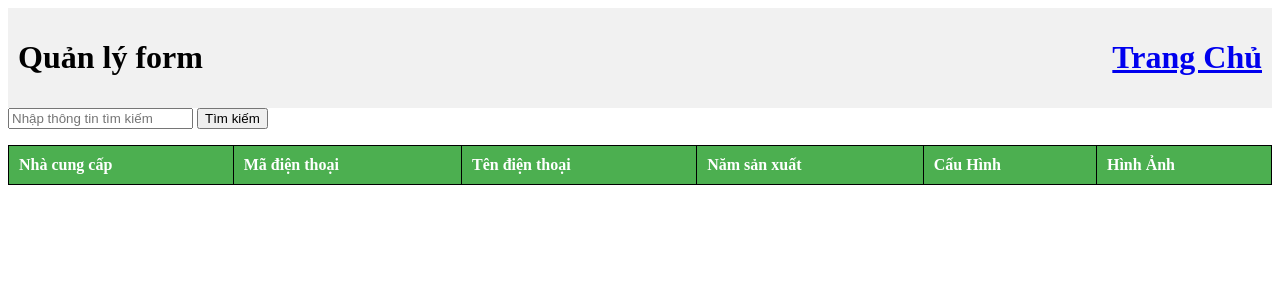
Repository: ducvu2414/WWW_OnGK
Page: http://localhost/Bai1/QuanLyForm
An editor plug-in stored every save of this project. The page is shown before and after the next save, followed by the edit.
The browser window is 1280 px wide. The pictures show the whole page.
The page is served by Tomcat 10. Other server files are loaded and not shown.

Above is the page before, as saved 2024-10-05 07:09:28.

### Bai1/src/main/webapp/QuanLyForm.jsp
<%@ page contentType="text/html;charset=UTF-8" language="java"%>
<%@ taglib uri="http://java.sun.com/jsp/jstl/core" prefix="c"%>
<%@ page import="java.util.List"%>
<%@ page import="entities.NhaCungCap"%>
<%@ page import="entities.DienThoai"%>

<html>
<head>
    <title>Quản Lý Form</title>
    <style type="text/css">
        table {
            border-collapse: collapse;
            width: 100%;
        }

        table, th, td {
            border: 1px solid black;
        }

        th, td {
            padding: 10px;
            text-align: left;
        }

        th {
            background-color: #4CAF50;
            color: white;
        }

        #header {
            background-color: #f1f1f1;
            text-align: center;
            padding: 10px;
            display: flex;
            flex-direction: row;
            justify-content: space-between;
            align-items: center;
        }

        #message {
            color: red;
            font-weight: bold;
        }
    </style>
</head>
<body>
    <div id="header">
       <h1>Quản lý form</h1>
        <h1>
            <a href="${pageContext.request.contextPath}">Trang Chủ</a>
        </h1>
    </div>

    <div>
        <form action="DanhSachDienThoaiNCCServlet" method="GET">
            <input type="hidden" name="action" value="search" />
            <input type="text" name="thongTinTimKiem" placeholder="Nhập thông tin tìm kiếm" />
            <input type="submit" value="Tìm kiếm" />
        </form>
    </div>

    <c:if test="${not empty message}">
        <div id="message">${message}</div>
    </c:if>

    <table border="1">
        <thead>
            <tr>
                <th>Nhà cung cấp</th>
                <th>Mã điện thoại</th>
                <th>Tên điện thoại</th>
                <th>Năm sản xuất</th>
                <th>Cấu Hình</th>
                <th>Hình Ảnh</th>
            </tr>
        </thead>
        <tbody>
            <c:if test="${not empty nhaCungCapDienThoais}">
                <c:forEach var="dt" items="${nhaCungCapDienThoais}">
                    <tr>
                        <td>${dt.nhaCungCap.tenNhaCC}</td>
                        <td>${dt.id}</td>
                        <td>${dt.tenDT}</td>
                        <td>${dt.namSanXuat}</td>
                        <td>${dt.cauHinh}</td>
                        <td><img src="${pageContext.request.contextPath}/resources/images/${dt.hinhAnh}" alt="Hình ảnh điện thoại" width="100" height="100" /></td>
                    </tr>
                </c:forEach>
            </c:if>
        </tbody>
    </table>
</body>
</html>

### Bai1/src/main/java/controller/QuanLyFormServlet.java
package controller;

import jakarta.servlet.ServletException;
import jakarta.servlet.annotation.WebServlet;
import jakarta.servlet.http.HttpServlet;
import jakarta.servlet.http.HttpServletRequest;
import jakarta.servlet.http.HttpServletResponse;
import java.io.IOException;

/**
 * Servlet implementation class QuanLyFormServlet
 */
public class QuanLyFormServlet extends HttpServlet {
	private static final long serialVersionUID = 1L;

    /**
     * @see HttpServlet#HttpServlet()
     */
    public QuanLyFormServlet() {
        super();
        // TODO Auto-generated constructor stub
    }

	/**
	 * @see HttpServlet#doGet(HttpServletRequest request, HttpServletResponse response)
	 */
	protected void doGet(HttpServletRequest request, HttpServletResponse response) throws ServletException, IOException {
		// TODO Auto-generated method stub
		request.getRequestDispatcher("/QuanLyForm.jsp").forward(request, response);
	}

	/**
	 * @see HttpServlet#doPost(HttpServletRequest request, HttpServletResponse response)
	 */
	protected void doPost(HttpServletRequest request, HttpServletResponse response) throws ServletException, IOException {
		// TODO Auto-generated method stub
		doGet(request, response);
	}

}

After the next save:
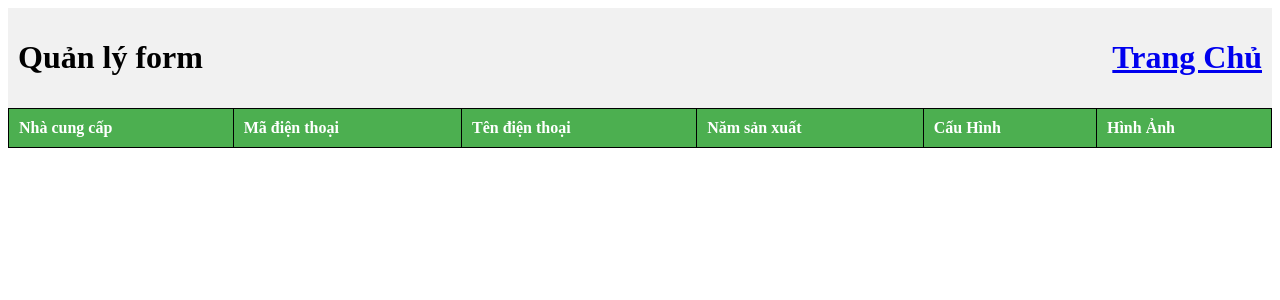
Saved 68 s later.
--- a/Bai1/src/main/webapp/QuanLyForm.jsp
+++ b/Bai1/src/main/webapp/QuanLyForm.jsp
@@ -51,18 +51,6 @@
         </h1>
     </div>
 
-    <div>
-        <form action="DanhSachDienThoaiNCCServlet" method="GET">
-            <input type="hidden" name="action" value="search" />
-            <input type="text" name="thongTinTimKiem" placeholder="Nhập thông tin tìm kiếm" />
-            <input type="submit" value="Tìm kiếm" />
-        </form>
-    </div>
-
-    <c:if test="${not empty message}">
-        <div id="message">${message}</div>
-    </c:if>
-
     <table border="1">
         <thead>
             <tr>
@@ -84,6 +72,11 @@
                         <td>${dt.namSanXuat}</td>
                         <td>${dt.cauHinh}</td>
                         <td><img src="${pageContext.request.contextPath}/resources/images/${dt.hinhAnh}" alt="Hình ảnh điện thoại" width="100" height="100" /></td>
+                    	<td>
+                    		<form action="QuanLyForm" method="post">
+                    			input type="hidden" name="action" value="delete" />
+                    		</form>
+                    	</td>
                     </tr>
                 </c:forEach>
             </c:if>
